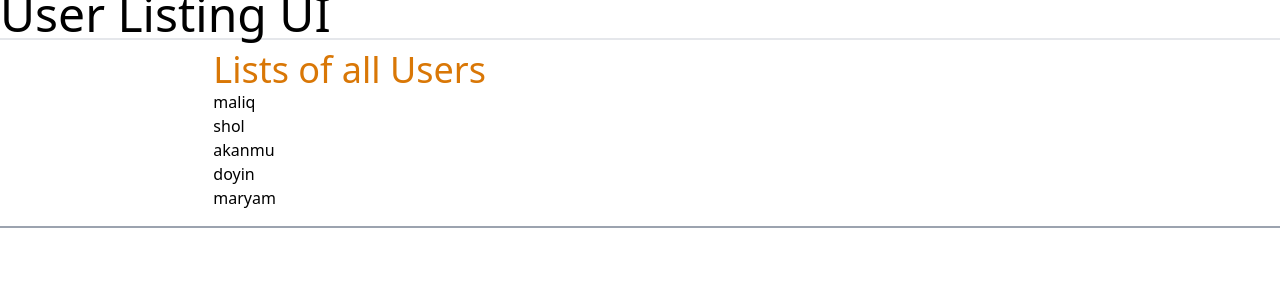
Repository: Marlstergo/listings
Page: / (app in client/)
These files come from the project's save history. The page is drawn as it stood at one moment and after the next save; the edit follows.
The browser window is 1280 px wide. The pictures show the whole page.
The project was rebuilt for these pictures with package versions that can differ from the ones it lists, and the page was loaded fresh each time. Also part of the build but not shown: client/craco.config.js, client/src/components/Loader.js, client/src/components/Order.js, client/src/components/Modal.js. Imported but missing from the stored project, and not drawn on this page: client/src/components/Base, client/src/components/Toppings.

Above is the page before, as saved 2021-07-20 23:37:38.

### client/src/index.js
/* eslint-disable no-unused-vars */
import React from "react";
import ReactDOM from "react-dom";
import "./index.css";
import App from "./App";
import reportWebVitals from "./reportWebVitals";
import { BrowserRouter } from "react-router-dom";
import { Provider } from "react-redux";
import { store } from "./redux/store";
import { PersistGate } from "redux-persist/integration/react";
import { persistor } from "./redux/store";

ReactDOM.render(
  <React.StrictMode>
    <Provider store={store}>
      <BrowserRouter>
        <PersistGate persistor={persistor}>
          <App />
        </PersistGate>
      </BrowserRouter>
    </Provider>
  </React.StrictMode>,
  document.getElementById("root")
);

// If you want to start measuring performance in your app, pass a function
// to log results (for example: reportWebVitals(console.log))
// or send to an analytics endpoint. Learn more: https://bit.ly/CRA-vitals
reportWebVitals();

### client/src/App.js
import React, { useState } from 'react';
import { Route, Switch, useLocation } from "react-router-dom";
import Header from './components/Header';
import Home from './components/Home';
import Base from './components/Base';
import Toppings from './components/Toppings';
import Order from './components/Order';
import Modal from './components/Modal';
import { AnimatePresence } from 'framer-motion';

function App() {
  const location = useLocation();
  const showModal = true;

  return (
    <>
      <Header />
      {/* <Modal showModal={showModal} /> */}
      <AnimatePresence exitBeforeEnter>
        <Switch location={location} key={location.key}>
          <Route path="/">
            <Home />
          </Route>
          <Route path="/createUpdateUser">
            <Toppings />
          </Route>
          <Route path="/order">
            <Order />
          </Route>
          <Route path="/">
            <Home />
          </Route>
        </Switch>
      </AnimatePresence>

    </>
  );
}

export default App;

### client/src/redux/store.js
import { createStore, applyMiddleware } from "redux";
import { logger } from 'redux-logger';
import {persistStore} from 'redux-persist';
// import thunk from 'redux-thunk'
import createSagaMiddleware from 'redux-saga'

import rootSaga from './root-sagas'

import rootReducer from './root-reducer';

const sagaMiddleware = createSagaMiddleware()

const middleware = [sagaMiddleware];

if( process.env.NODE_ENV === 'development'){
    middleware.push(logger)
}

export const store = createStore(rootReducer, applyMiddleware(...middleware))

sagaMiddleware.run(rootSaga)

export const persistor = persistStore(store)

export default (store, persistor);

### client/src/components/Header.js
import React from 'react';
import { motion } from 'framer-motion';

const svgVariants = {
  hidden: { rotate: -180 },
  visible: {
    rotate: 0,
    transition: { duration : 1 }
  },
}

const pathVariants = {
  hidden: {
    opacity: 0,
    pathLength: 0,
  },
  visible: {
    opacity: 1,
    pathLength: 1,
    transition: {
      duration: 2,
      ease: "easeInOut",
    }
  }
};


const Header = () => {
  return (
    <header className='flex p-[40px]  items-center'>
      <motion.div className="logo"
        drag
        dragConstraints={{ left: 0, top: 0, right: 0, bottom: 0 }}
        dragElastic={0.7}
      >
        <motion.svg className="w-[80px] overflow-visible" xmlns="http://www.w3.org/2000/svg" viewBox="0 0 100 100"
          variants={svgVariants}
          initial="hidden"
          animate="visible"
        >
          <motion.path
            fill="none"
            d="M40 40 L80 40 C80 40 80 80 40 80 C40 80 0 80 0 40 C0 40 0 0 40 0Z"
            variants={pathVariants}
          />
          <motion.path
            fill="none"
            d="M50 30 L50 -10 C50 -10 90 -10 90 30 Z"
            variants={pathVariants}
          />
        </motion.svg>
      </motion.div>
      <motion.div className=" flex-grow ml-[20px] text-xs"
        initial={{ y: -250}}
        animate={{ y: -10 }}
        transition={{ delay: 0.2, type: 'spring', stiffness: 120 }}
      >
        <h1 className="border-b-2 pb-[10px] text-5xl">User Listing UI</h1>
      </motion.div>
    </header>
  )
}

export default Header;

### client/src/components/Home.js
import React from "react";
import { Link } from "react-router-dom";
import { motion } from "framer-motion";
import Loader from "./Loader";



const containerVariants = {
  hidden: {
    opacity: 0,
  },
  visible: {
    opacity: 1,
    transition: { delay: 1.5, duration: 1.5 },
  },
  exit: {
    x: "-100vh",
    transition: { ease: "easeInOut" },
  },
};
const users = ["maliq", "shol", "akanmu", "doyin", "maryam"];
const Home = () => {
  return (
    <motion.div
      className="  pb-4 mb-4 border-b-2 border-gray-400 flex flex-col items-center"
      variants={containerVariants}
      initial="hidden"
      animate="visible"
      exit="exit"
    >
      <div className="w-2/3 ">
        <h1 className="text-yellow-600 text-4xl">Lists of all Users</h1>
        <ul className="pl-[15px]">
          {users.map(
            (user , idx) => (
              <li key={idx}>{user}</li>
            )
          )}

        </ul>
        {/* <table className="min-w-full divide-y divide-gray-200">
          <thead>
            <tr>
              <th className="px-6 py-3 bg-gray-50 text-left text-xs font-medium text-gray-500 uppercase tracking-wider">
                Transaction
              </th>
              <th className="px-6 py-3 bg-gray-50 text-right text-xs font-medium text-gray-500 uppercase tracking-wider">
                Amount
              </th>
              <th className="hidden px-6 py-3 bg-gray-50 text-left text-xs font-medium text-gray-500 uppercase tracking-wider md:block">
                Status
              </th>
              <th className="px-6 py-3 bg-gray-50 text-right text-xs font-medium text-gray-500 uppercase tracking-wider">
                Date
              </th>
            </tr>
          </thead>
        </table> */}
      </div>
    </motion.div>
  );
};

export default Home;

### client/src/redux/root-sagas.js
import {all, call} from 'redux-saga/effects'
import {userSagas} from './user/user.sagas'


export default function* rootSaga(){
    yield all([
        call(userSagas),
    ])
}

### client/src/redux/root-reducer.js
import {combineReducers} from 'redux'
import userReducer from './user/user.reducer'
// import cartReducer from './cart/cart.reducer'
import {persistReducer} from 'redux-persist'
import storage from 'redux-persist/lib/storage'
// import directoryReducer from './directory/directory.reducer'
// import shopReducer from './shop/shop.reducer'

const persistConfig ={
    key: 'root',
    storage,
    whitelist: ['' ]
}
const rootReducer = combineReducers({
    user: userReducer,

})
export default persistReducer(persistConfig, rootReducer)

### client/src/redux/user/user.sagas.js
import { all, call, put, takeLatest } from "redux-saga/effects";

import UserActionTypes from "./user.types";
import { loadUserDetail } from "./user.action";
// import axios from "axios";
// import { getUserDetailsURL } from "../../components/stringConstants";

export function* getDetails() {
  yield console.log("i fired");

  // try {
  //   console.log("inside try");

  //   const res = yield axios.get(getUserDetailsURL);
  //   const data = yield res.data;
  //   console.log(res);
  //   yield put(loadUserDetail(data ? data.data[0] : {}));
  // } catch (err) {
  //   console.log(err.response);
  //   if (err.response && err.response.statusText === "Not Found") {
  //     // console.log("");
  //     window.location.href = "/profile/settings?newUser=0837";
  //   }
  // }
}

export function* getUserDetails() {
  yield takeLatest(UserActionTypes.GET_USER_DETAIL, getDetails);
}
// export function* loadUserDetails(){
//     yield takeLatest(UserActionTypes.LOAD_USER_DETAIL, loadDetails)
// }

export function* userSagas() {
  yield all([call(getUserDetails)]);
}

### client/src/redux/user/user.reducer.js
import UserActionTypes from "./user.types";
const INITIAL_STATE = {
  // currentUser: null,
  userDetail: {},
  demo: 'i am demo',
  location: null

};
const userReducer = (state = INITIAL_STATE, action) => {
  switch (action.type) {

    case UserActionTypes.LOAD_USER_DETAIL:
      return {
        ...state,
        userDetail: action.payload,
      };

    case UserActionTypes.COLLECT_GEOLOCATION:
      return {
        ...state,
        location: action.payload
      }
    default:
      return state;
  }
};

export default userReducer;

### client/src/redux/user/user.types.js
const UserActionTypes ={
    GOOGLE_SIGN_IN_START : 'GOOGLE_SIGN_IN_START',
    SIGN_IN_SUCCESS : 'SIGN_IN_SUCCESS',
    SIGN_IN_FAILURE : 'SIGN_IN_FAILURE',
    GET_USER_DETAIL: 'GET_USER_DETAIL',
    LOAD_USER_DETAIL: 'LOAD_USER_DETAIL',
    COLLECT_GEOLOCATION: 'COLLECT_GEOLOCATION',
    FETCH_GEOLOCATION: 'FETCH_GEOLOCATION'
}
export default UserActionTypes;

### client/src/redux/user/user.action.js
import UserActionTypes from './user.types'



// export const googleSignInStart = () => ({
//     type: UserActionTypes.GOOGLE_SIGN_IN_START
// })

// export const signInSuccess = (user) => ({
//     type: UserActionTypes.SIGN_IN_SUCCESS,
//     payload: user
// })

export const getUserDetail = () => ({
    type: UserActionTypes.GET_USER_DETAIL,

})
export const loadUserDetail = (details) => ({
    type: UserActionTypes.LOAD_USER_DETAIL,
    payload: details
})

export const fetchGeoloction = () => ({
    type: UserActionTypes.FETCH_GEOLOCATION
})
export const collectGeolocation = (location) => ({
    type: UserActionTypes.COLLECT_GEOLOCATION,
    payload: location
})
// })

### client/tailwind.config.js
  // tailwind.config.js
  module.exports = {
    // mode:'jit',
    purge: ['./src/**/*.{js,jsx,ts,tsx}', './public/index.html'],
     darkMode: false, // or 'media' or 'class'
     theme: {
       extend: {},
     },
     variants: {
       extend: {},
     },
     plugins: [],
   }

Loaded but not shown: client/public/index.html (common file); client/src/index.css (common file); client/src/reportWebVitals.js (common file)

After the next save:
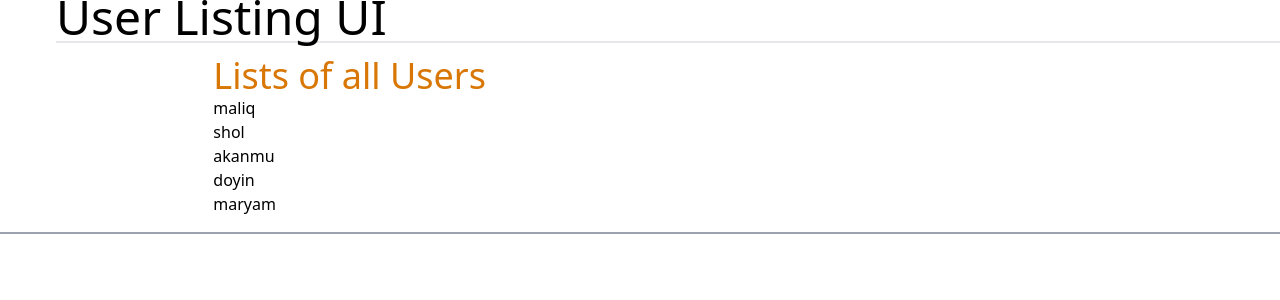
Saved 10 s later.
--- a/client/src/components/Header.js
+++ b/client/src/components/Header.js
@@ -33,7 +33,7 @@ const Header = () => {
         dragConstraints={{ left: 0, top: 0, right: 0, bottom: 0 }}
         dragElastic={0.7}
       >
-        <motion.svg className="w-[80px] overflow-visible" xmlns="http://www.w3.org/2000/svg" viewBox="0 0 100 100"
+        <motion.svg className="w-14 overflow-visible" xmlns="http://www.w3.org/2000/svg" viewBox="0 0 100 100"
           variants={svgVariants}
           initial="hidden"
           animate="visible"
